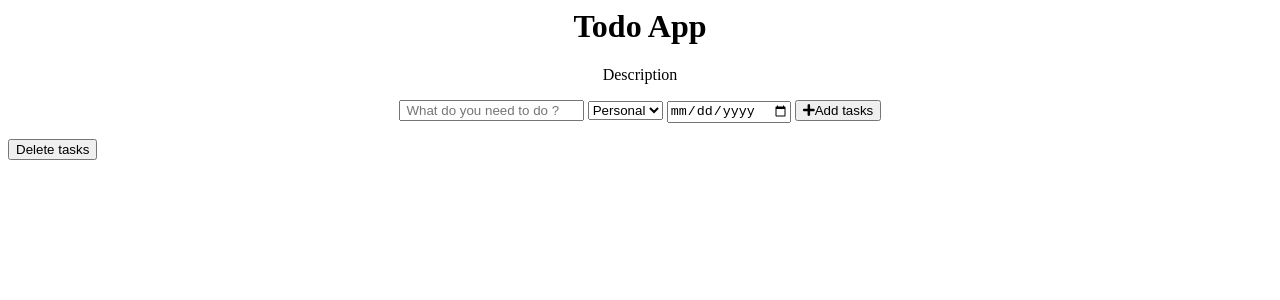
Repository: Sayan-100/Todo-List
Page: http://localhost/
These files come from the project's save history. The page is drawn as it stood at one moment and after the next save; the edit follows.
The browser window is 1280 px wide. The pictures show the whole page.
Some web libraries are served in a nearby version. The page is served by the project's Node server (index.js). Other server files are loaded and not shown. Queries for data that is not in the repository find no rows.

Above is the page before, as saved 2021-12-29 18:28:57.
Not found: js/home.js

### views/home.ejs
<html>

<head>
    <title>
        <%= title %>
    </title>

    <link rel="stylesheet" href="/css/style.css">
    <link rel="stylesheet" href="https://use.fontawesome.com/releases/v5.5.0/css/all.css" integrity="sha384-B4dIYHKNBt8Bc12p+WXckhzcICo0wtJAoU8YZTY5qE0Id1GSseTk6S+L3BlXeVIU" crossorigin="anonymous">

</head>

<body>

    <div class="container">
        <h1> Todo App </h1>
        <form id="create-todo" action="/create_todo" method="POST">

            <p>Description</p>
            <input type="text" name="Description" placeholder=" What do you need to do ?" required>

            <select name="Category" required>
        <option>Personal</option>
        <option>Work</option>
        <option>Cleaning</option>
        <option>School</option>
        <option> others</option>
        </select>

            <input type="date" id="birthday " name="DueDate">
            <button type="submit" form="create-todo"><i class="fas fa-plus"></i>Add tasks</button>

        </form>


        <button type="submit" form="delete-form">Delete tasks</button>

        <!-- form attribute is used to link the button with the form  by specifying the id -->

        <form id="delete-form" action="/delete-todo" method="POST">
            <ul>
                <% for(let i of todo_list) {%>
                    <li class="todo">
                        <input type="checkbox" name="<%=i._id%>" value="">
                        <!-- name attribute is used to take id of selected to do list from the from tag to the controller-->
                        <div class="details">
                            <p>
                                <%= i.Description %>
                            </p>
                            <p>
                                <button><%= i.Category %></button>
                            </p>

                            <p>

                                <%= i.DueDate  %>
                            </p>
                        </div>
                    </li>
                    <% } %>
            </ul>

        </form>
    </div>



    <script type="text/javascript" src="/js/home.js">
    </script>

</body>

</html>

### index.js
const express = require('express');
const path = require('path');
const port = 8000;

const db = require('./config/mongoose');
const to_do = require('./models/to-do');

const app = express();

app.set('view engine', 'ejs');
app.set('views', path.join(__dirname, 'views'));

app.use(express.urlencoded());
app.use(express.static('assests'));
app.get('/', function(req, res) {

    //res.send('<h1>cool it is running or is it ?</h1>')
    to_do.find({}, function(err, todos) {
        if (err) {
            console.log('Error in fetching todo from db');
            return;
        }

        return res.render('home', {
            title: "My todo List",
            todo_list: todos
        });
    });

});

app.post('/delete-todo', function(req, res) {
    let id = req.query.id;
    Object.keys(req.body).forEach(function(id) {
        to_do.findByIdAndDelete(id, function(err) {
            if (err) {
                console.log('Error in deleting a object form database');
                return;
            }
        });
        return res.redirect('back');
    })
});

//   to_do.findByIdAndDelete(id, function(err) {
//         if (err) {
//             console.log('Error in deleting a object form database');
//             return;
//         }

//         return res.redirect('back');
//})
app.post('/create_todo', function(req, res) {

    let date = "NO DEADLINE";
    console.log('**********', date);
    if (req.body.DueDate) {
        date = req.body.DueDate;
    }

    to_do.create({
        Description: req.body.Description,
        Category: req.body.Category,
        DueDate: date

    }, function(err, newTodo) {

        if (err) {
            console.log('Error in creating a todo');
            return;
        }

        console.log('**********', newTodo);
        return res.redirect('back');

    });
});


app.listen(port, function(err) {
    if (err) {
        console.log('Error in running server');
    }

    console.log('Yup! my server is running on port', port);
});

### assests/css/style.css
h1 {
    text-align: center;
}

form {
    text-align: center;
}

li {
    list-style: none;
}

input {
    display: inline-block;
}

After the next save:
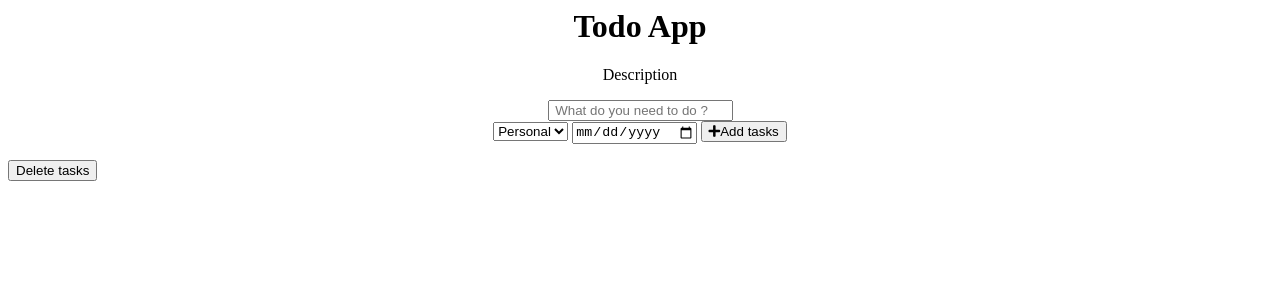
Saved 28 s later.
--- a/views/home.ejs
+++ b/views/home.ejs
@@ -15,10 +15,10 @@
     <div class="container">
         <h1> Todo App </h1>
         <form id="create-todo" action="/create_todo" method="POST">
-
-            <p>Description</p>
-            <input type="text" name="Description" placeholder=" What do you need to do ?" required>
-
+            <div>
+                <p>Description</p>
+                <input type="text" name="Description" placeholder=" What do you need to do ?" required>
+            </div>
             <select name="Category" required>
         <option>Personal</option>
         <option>Work</option>
